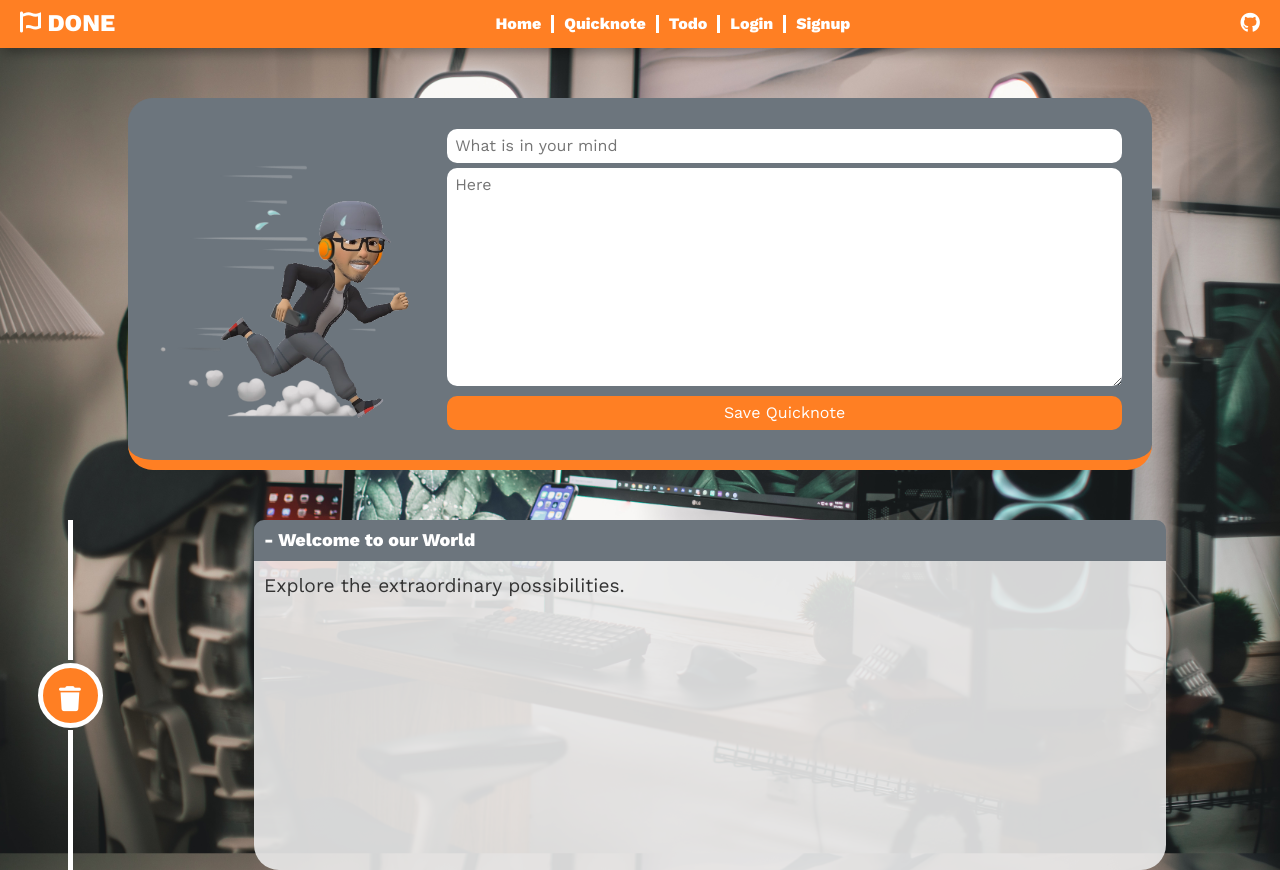
Repository: OmarEssameldinMousa/DONE
Page: quicknote.html
The author's editor kept a copy of each file at every save. The page is drawn from the files as they stood at one save, then again after the next save.
The browser window is 1280 px wide. The pictures show the whole page.
Backgrounds fixed to the window are drawn as part of the page. Some web fonts or font styles are not loaded; a fallback is used.

Above is the page before, as saved 2023-12-18 13:43:28.

### quicknote.html
<!DOCTYPE html>
<html lang="en">

<head>
    <meta charset="UTF-8">
    <meta http-equiv="X-UA-Compatible" content="IE=edge">
    <meta name="viewport" content="width=device-width, initial-scale=1.0">
    <title>My Challenges</title>
    <!-- Render All Elements Normally -->
    <link rel="stylesheet" href="css/normalize.css">
    <!-- Font Awesome Library -->
    <link rel="stylesheet" href="css/all.min.css">
    <!-- Main Template CSS File -->
    <link rel="stylesheet" href="CSS/styles.css">
    <link rel="stylesheet" href="css/challenges.css">
    <!-- Google Fonts -->
    <link rel="preconnect" href="https://fonts.googleapis.com">
    <link rel="preconnect" href="https://fonts.gstatic.com" crossorigin>
    <link
        href="https://fonts.googleapis.com/css2?family=Kablammo&family=VT323&family=Work+Sans:wght@200;300;400;500;600;800&display=swap"
        rel="stylesheet">
    <link rel="preconnect" href="https://fonts.googleapis.com" />
    <link rel="preconnect" href="https://fonts.gstatic.com" crossorigin />
    <link href="https://fonts.googleapis.com/css2?family=Cairo:wght@300;400;700&display=swap" rel="stylesheet" />
</head>

<body>
    <header>
        <nav>
            <!-- Logo with Font Awesome Icon -->
            <div class="logo">
                <i class="fab fa-font-awesome-flag"></i> DONE
            </div>

            <!-- Left-side Navigation Links -->
            <ul class="navlist">
                <li><a href="index.html">Home</a></li>
                <li><a href="quicknote.html">Quicknote</a></li>
                <li><a href="mytasks.html">Todo</a></li>
                <li><a href="#">Login</a></li>
                <li><a href="#">Signup</a></li>
            </ul>

            <!-- Right-side GitHub Icon -->
            <div class="github-icon">
                <a rel="" href="https://github.com/yourusername" target="_blank">
                    <i class="fab fa-github" style="color: white;"></i>
                </a>
            </div>
        </nav>
    </header>

    <div class="addnote">
        <div class="ch_" style="margin: 0px;
        height: auto;">
            <div class="container1 container1addnote">
                <img src="images/omar4.png" alt="">
                <div class="inputfield">
                    <div class="inputtitle">
                        <input type="text" name="title" id="notetitle" placeholder="What is in your mind">
                    </div>
                    <div class="inputnote">
                        <textarea name="notedata" id="notedata" placeholder="Here" rows="11"></textarea>
                    </div>
                    <input type="button" value="Save Quicknote">
                </div>
            </div>
        </div>
    </div>

    <div class="Challenges-website">

        <div class="bar">
            <div class="repated-line-circle">
                <div class="line-circle">
                    <div class="upper-line">
                    </div>
                    <a href="" target="_self">
                        <div class="circle">
                            <p><i class="fa-solid fa-trash" style="font-size: 25px;"></i></p>
                        </div>
                    </a>
                    <div class="lower-line"></div>
                </div>
            </div>

        </div>

        <div class="challenges">
            <div class="ch_">
                <div class="container1">
                    <h6 class="custom-heading">- Welcome to our World</h6>
                    <p class="custom-paragraph">Explore the extraordinary possibilities.</p>
                </div>
            </div>
        </div>

    </div>



</body>

</html>

### CSS/styles.css
/* Start Variables */
:root{
    --main-color: rgba(235, 235, 235, 0.6);
    --secondery-color: #ff7f23;
    --third-color:#333;
    --fourth-color: #6c757d;
}
/* End Variables */
/* Special Heading */
.special-heading{
    color: #ebeced;
    font-size: 100px;
    text-align: center;
    font-weight: 800;
    letter-spacing: -3px;
    margin: 0;

}
.special-heading + p{
    margin-top: -30px;
    text-align: center;
    font-size: 20px;
    color: #797979;
}
/* End Special Heading */
/* Start Global Rules */
*{
    -webkit-box-sizing: border-box;
    -moz-box-sizing: border-box;
    box-sizing: border-box;
}

body{

    font-family: 'Kablammo', cursive;
    font-family: 'Work Sans', sans-serif;
    background-color: #797979;

}

.container{
    padding-left: 15px;
    padding-right: 15px;
    margin-left: auto;
    margin-right: auto;
    background-color: #fff;
    margin: auto;
    width: 600px;
}

/*very small screens*/
@media (max-width: 767px){
    .container{
        .special-heading{
            font-size: 60px;
        }
        .special-heading + p{
            margin-top: -20px;
        }

        .landing{
            flex-direction: column;
            text-align: center;
        }
    }
    .navlist{
        display: none;
    }
    .container2{
        flex-direction: column;

    }
    .contact-section h1{
        font-size: medium;
    }
    .snippests .kemointegration{
        width: 200px;
        height: 200px;
    }
    .explore2{
        top: 300vh;
    }

}
/*small screens*/
@media (min-width: 768px){
    .container{
        width: 750px;
    }
}
/*Medium screens*/
@media (min-width: 992px){
    .container{
        width: 970px;
    }
}
/*Large screens*/
@media (min-width: 1200px){
    .container{
        width: 1170px;
    }
}
/* End Global Rules */


html{
    scroll-behavior: smooth;
}
/* navigation bar */

nav {
    background-color:  var(--secondery-color);
    color: white;
    display: flex;
    align-items: center;
    justify-content: space-between;
    padding: 10px 20px;
    box-shadow: 5px 5px 10px rgba(0, 0, 0, 0.3);
}
nav ul {
    list-style: none;
    margin: 0;
    padding: 0;
    display: flex;
}
nav ul li {
    margin-right: 10px;
    font-weight: bold;

}
nav ul li:not(:last-child) {
    border-right: solid 3px white;
    padding-right: 10px;
}
nav ul li a {
    text-decoration: none;
    color: white;
    transition: 0.3s;
}
nav ul li a:hover {
    color: var(--main-color); /* Change color on hover */
}
.logo {
    font-size: 24px;
    font-weight: bold;
}
.github-icon {
    font-size: 20px;
    color: white;
}

.heading{
    display: flex;
    align-items: center;
    justify-content: center;
    margin-top: 50px;
    height: auto;
}

.landing{
    width: 100%;

    background-color: none;
    display: flex;
    flex-direction: row;

}

.landing h1{
    color: var(--secondery-color);
    font-size: 50px;
    font-weight: 900;
    padding: 30px;
}
.landing p{
    font-size: 20px;
}
.landing .logoimage img{
    width: 400px;
    position: relative;
    animation: topdown 2s ease-in-out infinite;
}

.landing .landingtext .buttons{
    margin: 30px;
    top: 150px;
}
@keyframes topdown {
    0%, 100% {
        top: 0; /* Starting and ending position (top) */
    }
    50% {
        top: 5px; /* Middle position (top) */
    }
}


.explore{
    height: auto;
    text-align: center;
    display: flex;
    padding: 0px 10px;
    transition: 0.3s;
    width: min-content;
    margin: 30px auto 75px;
    border: #ff7f23 solid 2px;
    border-radius: 10px;
    justify-content: center;
    align-items: cneter;
}
.explore a{
    color: var(--secondery-color);
    font-weight: 900;
    font-size: 50px;
    transform: 0.3s;
    text-decoration: none;
    transition: 0.3s;

}

.explore img{
    width: 80px;
}
.landing .logoimage{
    position: relative;
}


.explore:hover{
    background-color: var(--secondery-color);
    border-radius: 20px;

    cursor: pointer;
}

.explore:hover a{
    color: #ebeced;
}



/* to do demo */
.tododemo{
    height: auto;
    background-color: var(--secondery-color);
    box-shadow: rgba(0, 0, 0, 0.3) 0px -4px 20px 9px;
    display: flex;
    flex-direction: column;
    width: 100%;
    justify-content: center;
    align-items: center;
}

.snippests{
    height: 100vh;
    background-color: var(--fourth-color);
    box-shadow: rgba(0, 0, 0, 0.3) 0px 7px 20px 9px
}

/* Services */

/* Styles for the container2 */
.container2 {
    display: flex;
    justify-content: space-between;
    width: 80%; /* Adjust the width as needed */
    margin-top: 20px; /* Add margin or adjust as required */
    flex: 1;

    margin:20px auto 0;
}

.tododemo h1{
    color: white;
    font-size: 50px;
    font-weight: 900;
    padding: 30px;
}
.tododemo p{
    font-size: 20px;
    color: white;
}

/* Styles for .omar and .kemo */
.omar,
.kemo {
    display: flex;
    flex-direction: column;
    align-items: center;
    /* Add any other styles you require */
}


.demoimage1 {
    display: flex;
    justify-content: center;
    align-items: center;
    width: 150px;
    height: 150px;
    margin-bottom: 10px;
    width: 200px;
    height: 200px;
    background-color: var(--fourth-color);
    /* transform: rotate(90deg); */
    border-radius: 40%;
}


/* Styles for images within .omar and .kemo */
.omar > img,
.kemo > img {
    width: 300px;
    height: auto;
    text-align: right;
    transition: 0.3s;
}

.omar > img:hover,
.kemo > img:hover{
    width: 310px;
}

.demoimage1 img {
    max-width: 400px;
    max-height: 400px;
    margin-bottom: 20px;
    border-radius: 10px;
    box-shadow: rgba(0, 0, 0, 0.3) 0px -4px 20px 9px;
    transition: 0.3s;
}

.demoimage1 img:hover{
    max-width: 420px;
    max-height: 420px;
    transform: rotate(5deg);
}



/* contact */
.snippests{
    position: relative;
    padding: 50px;
}

.snippests img{
    width: 290px;
    height: 290px;
    position: absolute;
    bottom: 0;
    right: 50px;
    transition: 0.3s;
}

.snippests img:hover{
    width: 300px;
    height: 300px;
}

.contact-section {
    width: 70%;
    background-color: #fff;
    padding: 30px 30px;
    text-align: center;
    position: absolute;
    top: 50%;
    left: 50%;
    transform: translate(-50%,-50%);
    border-radius: 10px;

}
.contact-section label{
    font-size: 20px;
}

.contact-form {
    max-width: 100%;
    margin: 0 auto;
}
.contact-section h1{
    color: var(--secondery-color);
    font-size: 50px;
    font-weight: 900;
    padding: 30px;
}
.contact-form input,
.contact-form textarea {
    width: 100%;
    padding: 10px;
    margin-bottom: 20px;
    box-sizing: border-box;
}

.contact-form button {
    background-color: #4caf50;
    color: #fff;
    padding: 10px 20px;
    border: none;
    cursor: pointer;
}

.contact-form button:hover {
    background-color: #45a049;
}



/* footer styles */
footer{
    display: flex;
    justify-content: space-between;
    background-color: var(--secondery-color);
    align-items: center;
}
.footer {
    color: #fff;
    text-align: center;
    padding: 20px;
    bottom: 0;
    width: 100%;
    flex: 1;
}
footer img{
    width:120px;
    height:120px;
}
.footer a {
    color: #fff;
    text-decoration: none;
}
.footer p{
    font-size: 20px;
    font-weight: bold;
}
.footer a:hover {
    text-decoration: underline;
}


.explore2{
    text-align: center;
    padding: 0px 10px;
    transition: 0.3s;
    width: min-content;
    margin: 30px auto;

    border-radius: 10px;
    position: absolute;
    z-index: 10;
    left: 50%;
    top: 185vh;
    transform: translateX(-50%);

}

.explore2 a{
    color: white;
    font-weight: 900;
    font-size: 50px;
    text-decoration: none;
    transition: 0.3s;
}


.explore2:hover{
    background-color: white;
    border-radius: 20px;

    cursor: pointer;
}

.explore2:hover a{
    color: var(--secondery-color);
}

### CSS/challenges.css
* {
    -webkit-box-sizing: border-box;
    -moz-box-sizing: border-box;
    box-sizing: border-box;
    padding: 0;
    margin: 0;
}
a {
    text-decoration: none;
    color: black;
}
ul {
    list-style: none;
    margin: 0;
    padding: 0;
}
html {
    scroll-behavior: smooth;
}
body {
    /* background-image: linear-gradient(90deg, #ff7f23  , rgba(235, 235, 235, 0.6)  ); */
    background-image: url(../images/backgroundimage.jpg);
    background-size: cover;
    background-repeat: no-repeat;
    background-attachment: fixed;
}
@media (max-width: 767px){
    body{
        background-image: url(../images/ben-kolde-bs2Ba7t69mM-unsplash.jpg)
    }
    .bar{
        display: none;
    }
    /* .challenges .container1{
        width: 400px;
    }*/
    .ch_:hover .container1{
        width: calc(50%);
        height: 550px;
        background-color: rgba(211, 211, 211, 0.6);
    }
    .container1addnote{
        flex-direction: column;
    }

}
/*small screens*/
@media (min-width: 768px){
    /* .container1{
        width: 600px;
    } */
}
/*Medium screens*/
@media (min-width: 992px){
    /* .container1{
        width: 800px;
    } */
}
/*Large screens*/
@media (min-width: 1200px){
    /* .container1{
        width: 1000px;
    } */
}
.Challenges-website{
    display: flex;


}
/*start bar*/
.Challenges-website .bar{
    width: 140px;
    padding: 0 67.5px;
    height: auto;
}
.Challenges-website .bar .repated-line-circle{
    width: 5px;
    height: 100%;
}
.Challenges-website .bar .line-circle{
    display: flex;
    flex-direction: column;
    width: 100%;
    height: 100%;
    justify-content: space-between;
    align-items: center;
}
.Challenges-website .bar .line-circle .upper-line{
    width: 100%;
    height: 40%;
    background-color: white;

}
.Challenges-website .bar .line-circle .circle{
    width: 65px;
    height: 65px;
    background-color: #ff7f23;
    border-radius: 50%;
    text-align: center;
    position: relative;
    transition: 0.3s;
    border: 5px solid white;
}
.Challenges-website .bar:hover .circle{
    width: 110px;
    height: 110px;
    border-radius: 40%;

}
.Challenges-website .bar:hover .circle + p{
    font-size: 70px;
    color: white
}
.Challenges-website .bar .line-circle .circle p{
    position: absolute;
    left: 50%;
    top: 50%;
    transform: translate(-50%, -50%);
    font-size: 40px;
    color: white;
}
.line-circle .circle p a{
    text-decoration: none;
}
.Challenges-website .bar .line-circle .lower-line{
    width: 5px;
    height: 40%;
    background-color: white;
}
/*end bar*/
/* start challenges*/
.Challenges-website .challenges{
    display: flex;
    flex: 1;
    justify-content: center;
    background-color: transparent;
    flex-direction: column;
    height: auto;
}
.ch_{
    height: auto;
    padding-top: 0px;
    position: relative;
}

.container1{
    background-color: rgba(235, 235, 235, 0.897);
    width: 80%;
    min-height: 350px;
    margin: 0px auto;
    border-radius: 25px;
    border-width: 0;
    transition: 0.3s;
    position: relative;
}
.ch_:hover .container1{
    width: calc(80% + 30px);
    height: auto;
    background-color: rgba(211, 211, 211, 0.85);
}


.container1addnote{
    border-bottom: #ff7f23 solid 10px;
    border-top: #6c757d solid 1px;
    margin: 50px auto;
    min-height: 300px;
    width: 80%;
    background-color: #6c757d;
    display: flex;
    align-items: center;
    /* Adjust spacing as needed */
    justify-content: center;
    padding: 30px;
    height: auto;
    /* Optional: To adjust the width of the container */
}

/* ---------------------------------------------------------------------------------------- */


.inputfield {
    display: flex;
    flex: 1;
    flex-direction: column;
    gap: 5px;
}

.inputtitle input,
.inputnote textarea,
input[type="button"] {
    width: 100%;
    padding: 8px;
    border: 0px solid #ccc;
    border-radius: 10px;
}
input[type="button"]{
    background-color: #ff7f23;
    color: white;
    cursor: pointer;
}
.inputtitle input:focus,
.inputnote textarea:focus{
    outline: none;
    padding: 10px;
}

img {
    max-width: 30%; /* Adjust the size of the image */
    height: auto;
}


/*        */

/* Styling for the custom heading */
.custom-heading {
    font-size: 2.5em; /* Adjust the font size as needed */
    color: white; /* Green color */
    background-color: #6c757d;
    border-top-left-radius: 10px;
    border-top-right-radius: 10px;
    text-align: left;
    padding: 10px;
    font-size: large;
}


.custom-paragraph {
    font-size: 1.2em;
    color: #333;
    text-align: justify;
    line-height: 1.6;
    margin-top: 10px;
    margin-left: 10px;

}

Loaded but not shown: CSS/normalize.css (library); CSS/all.min.css (library)

After the next save:
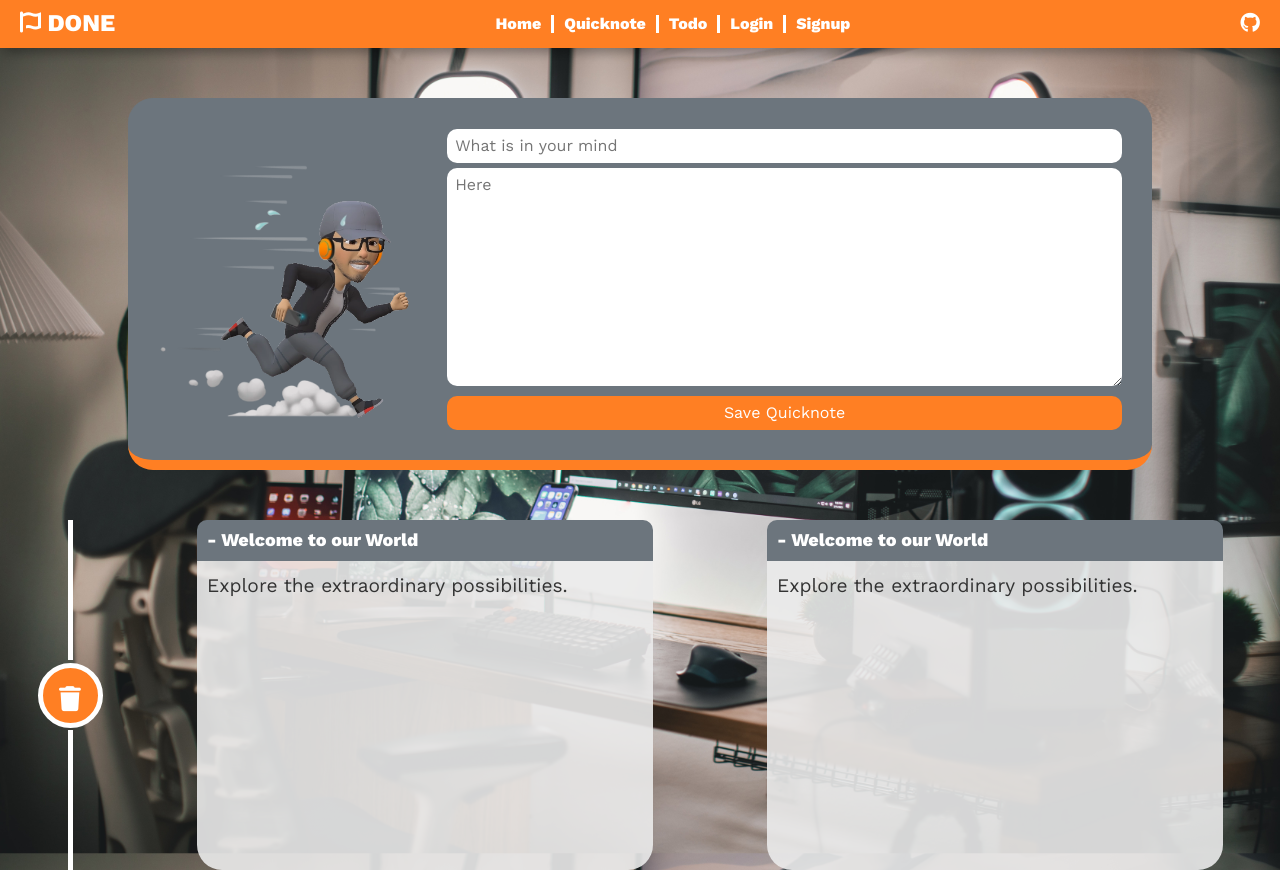
Saved 7 h 38 min later.
--- a/quicknote.html
+++ b/quicknote.html
@@ -95,6 +95,15 @@
             </div>
         </div>
 
+        <div class="challenges">
+            <div class="ch_">
+                <div class="container1">
+                    <h6 class="custom-heading">- Welcome to our World</h6>
+                    <p class="custom-paragraph">Explore the extraordinary possibilities.</p>
+                </div>
+            </div>
+        </div>
+
     </div>
 
 
